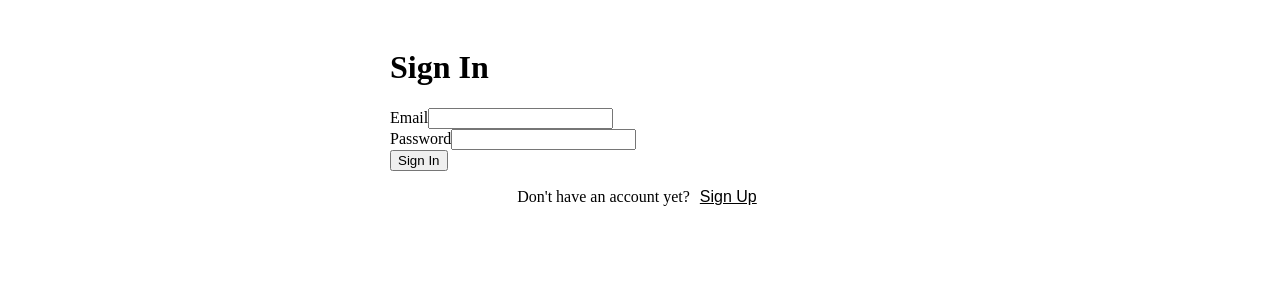
Repository: bettowww/TravelDSA
Page: /auth
These files come from the project's save history. The page is drawn as it stood at one moment and after the next save; the edit follows.
The browser window is 1280 px wide. The pictures show the whole page.
The page's requests for data from a server got no answer. The project was rebuilt for these pictures with package versions that can differ from the ones it lists, and the page was loaded fresh each time. The framework's server and built-in components were replaced by stand-ins that run in the browser. No one was signed in, and anything a server would have sent is missing. Also part of the build but not shown: next.config.mjs.

Above is the page before, as saved 2024-12-09 15:58:53.

After the next save:
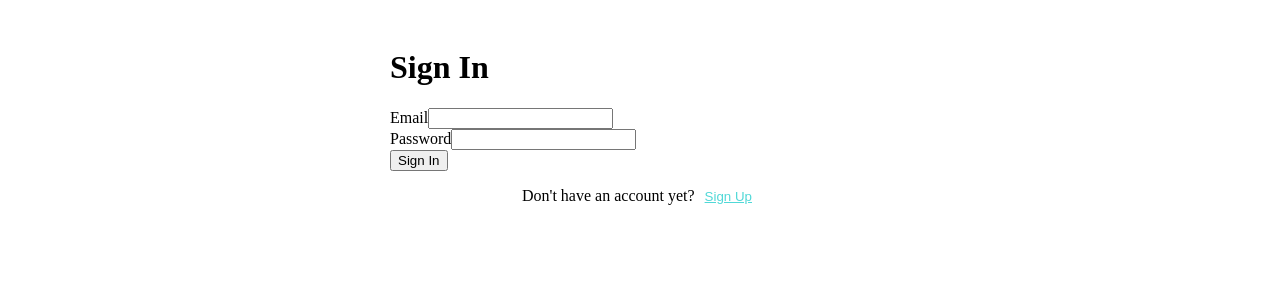
Saved 18 s later.
--- a/app/auth/page.jsx
+++ b/app/auth/page.jsx
@@ -1,54 +1,59 @@
-"use client";
-
-import { useState } from "react";
-import { useRouter } from "next/navigation";
-import AuthForm from "../../components/AuthForm";
-import { auth } from "../firebase/config";
+"use client";  // Asigură-te că acest lucru este adăugat pentru a marca componenta ca fiind client-side
+import { useState, useEffect } from "react";
+import { useRouter } from "next/navigation";  // Importă useRouter din 'next/navigation'
+import AuthForm from "../../components/AuthForm"; // Componenta ta pentru formulare
+import { auth } from "../firebase/config"; // Configurarea Firebase
 import { createUserWithEmailAndPassword, signInWithEmailAndPassword } from "firebase/auth";
 
-import "/styles/auth.css";
+import "/styles/auth.css"; // Stilurile pentru paginile de autentificare
 
 const AuthPage = () => {
-  const [isSignUp, setIsSignUp] = useState(false);
-  const [email, setEmail] = useState("");
-  const [password, setPassword] = useState("");
-  const [error, setError] = useState(null);
-  const [successMessage, setSuccessMessage] = useState("");
-  const router = useRouter();
+  const [isSignUp, setIsSignUp] = useState(false); // Controlează ce formular să afișeze
+  const [email, setEmail] = useState(""); // Stochează email-ul
+  const [password, setPassword] = useState(""); // Stochează parola
+  const [error, setError] = useState(null); // Gestionarea erorilor
+  const [successMessage, setSuccessMessage] = useState(""); // Mesajul de succes
+  const router = useRouter(); // Folosește useRouter pentru a naviga
 
   const toggleForm = () => {
-    setIsSignUp((prev) => !prev);
-    setError(null);
-    setEmail("");
-    setPassword("");
-    setSuccessMessage("");
+    setIsSignUp((prev) => !prev); // Comută între Sign Up și Sign In
+    setError(null); // Resetează erorile
+    setEmail(""); // Resetează câmpul Email
+    setPassword(""); // Resetează câmpul Password
+    setSuccessMessage(""); // Resetează mesajul de succes
   };
 
   const handleSubmit = async (e) => {
     e.preventDefault();
-    setError(null);
+    setError(null); // Resetează erorile la trimiterea formularului
 
     try {
       if (isSignUp) {
+        // Crează un nou utilizator
         await createUserWithEmailAndPassword(auth, email, password);
         setSuccessMessage("Account created successfully! Please log in.");
-        setIsSignUp(false);
-        setEmail("");
-        setPassword("");
+        setIsSignUp(false); // Comută automat la Sign In
+        setEmail(""); // Resetează câmpul Email
+        setPassword(""); // Resetează câmpul Password
       } else {
+        // Autentifică utilizatorul
         await signInWithEmailAndPassword(auth, email, password);
         alert("Sign In successful!");
-        router.push("/home");
+
+        // După autentificare, redirecționează utilizatorul la /home
+        router.push("/home");  // Redirecționează la pagina principală
       }
     } catch (err) {
-      setError(err.message);
+      setError(err.message); // Afișează eroarea în caz de eșec
     }
   };
 
   return (
-    <div className="auth-page-container">
+    <div style={{ maxWidth: "500px", margin: "auto", padding: "20px" }}>
+      {/* Afișează mesajul de succes dacă există */}
       {successMessage && <p className="success-message">{successMessage}</p>}
 
+      {/* Formularele de autentificare și înregistrare */}
       <AuthForm
         email={email}
         password={password}
@@ -59,10 +64,22 @@ const AuthPage = () => {
         buttonText={isSignUp ? "Sign Up" : "Sign In"}
       />
 
-      <div className="auth-toggle-container">
+      {/* Link pentru comutarea între Sign In și Sign Up */}
+      <div style={{ textAlign: "center", marginTop: "10px" }}>
         <p>
-          {isSignUp ? "Already have an account? " : "Don't have an account yet? "}
-          <button className="auth-toggle-button" onClick={toggleForm}>
+          {isSignUp
+            ? "Already have an account? "
+            : "Don't have an account yet? "}
+          <button
+            onClick={toggleForm}
+            style={{
+              background: "none",
+              border: "none",
+              color: "#50D8D7",
+              cursor: "pointer",
+              textDecoration: "underline",
+            }}
+          >
             {isSignUp ? "Sign In" : "Sign Up"}
           </button>
         </p>
